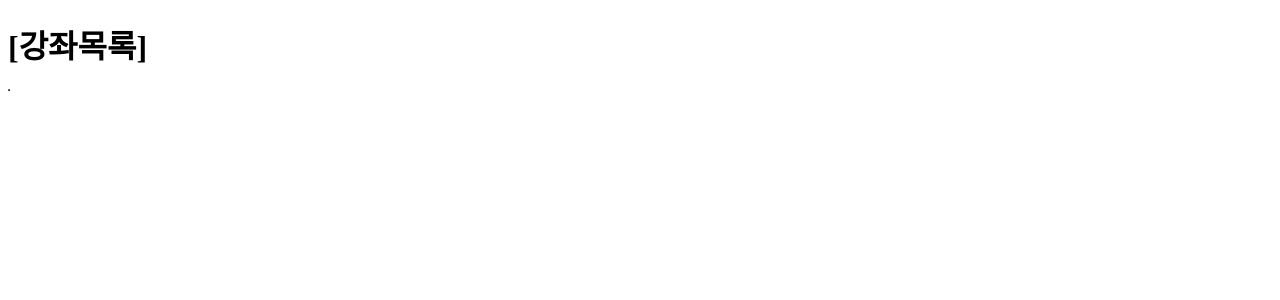
Repository: whwlsghkstm/html
Page: http://localhost/Ex0506/student/list.jsp
The author's editor kept a copy of each file at every save. The page is drawn from the files as they stood at one save, then again after the next save.
The browser window is 1280 px wide. The pictures show the whole page.
Some web libraries are served in a nearby version. The page is served by Tomcat 9. Queries for data that is not in the repository find no rows.

Above is the page before, as saved 2020-05-06 06:59:20.

After the next save:
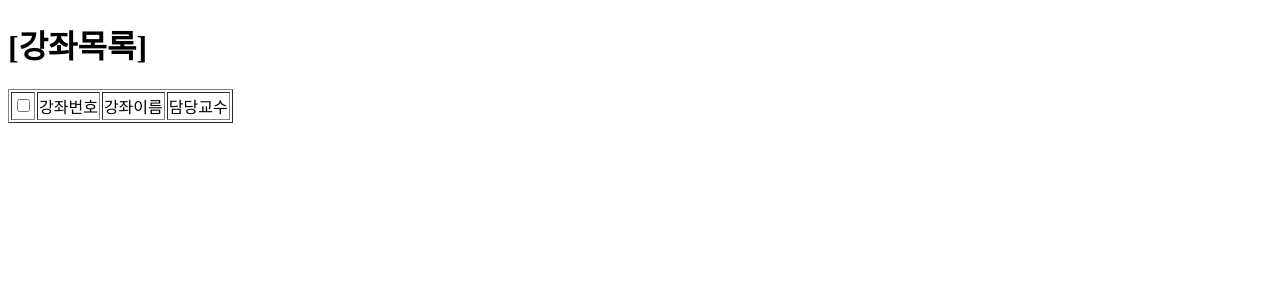
Saved 10 s later.
--- a/Ex0506/WebContent/student/list.jsp
+++ b/Ex0506/WebContent/student/list.jsp
@@ -31,16 +31,16 @@
 </body>
 
 <script>
-	$.ajax({
-		type:"get",
-		url:"json.jsp",
-		dataType:"json",
-		seccess:function(data){
-			var temp=Handlebars.compile($("#temp").html());
-			$("#tab").html(temp(data));
-		}
-	});
 
+$.ajax({
+	type:"get",
+	url:"json.jsp",
+	dataType:"json",
+	success:function(data){
+		var temp=Handlebars.compile($("#temp").html());
+		$("#tab").html(temp(data));
+	}
+});
 </script>
 
 </html>

After the save that followed:
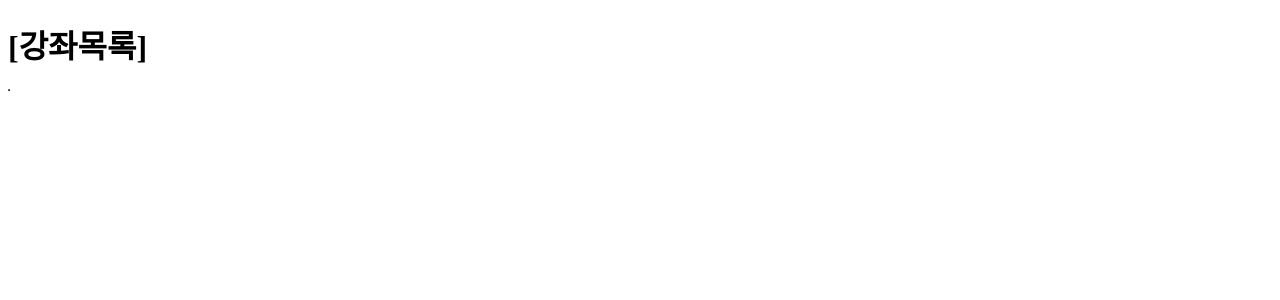
Saved 79 s later.
--- a/Ex0506/WebContent/student/list.jsp
+++ b/Ex0506/WebContent/student/list.jsp
@@ -31,16 +31,17 @@
 </body>
 
 <script>
+	$.ajax({
+		type:"get",
+		url:"json.jsp",
+		dataType:"json",
+		seccess:function(data){
+			var temp=Handlebars.compile($("#temp").html());
+			$("#tab").html(temp(data));
+		}
+	});
 
-$.ajax({
-	type:"get",
-	url:"json.jsp",
-	dataType:"json",
-	success:function(data){
-		var temp=Handlebars.compile($("#temp").html());
-		$("#tab").html(temp(data));
-	}
-});
+
 </script>
 
 </html>
